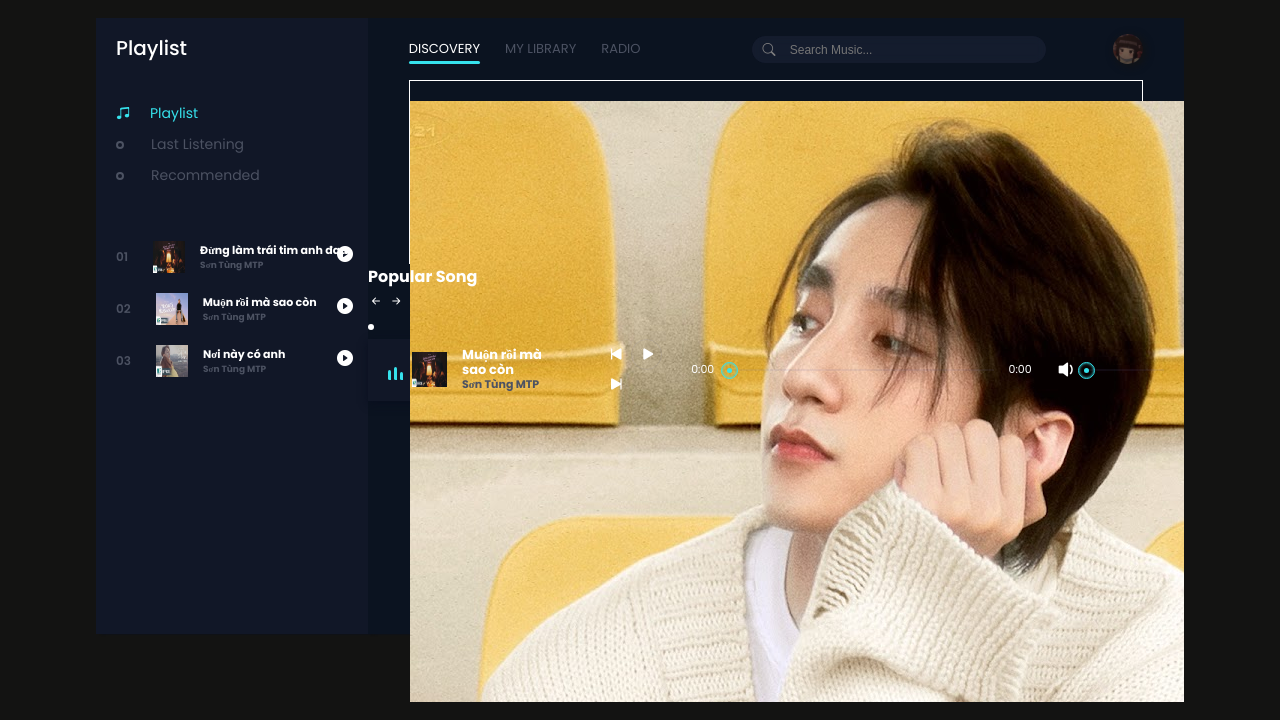
Repository: reminzuetto/Music-Website
Page: index.html
The author's editor kept a copy of each file at every save. The page is drawn from the files as they stood at one save, then again after the next save.
The browser window is 1280 px wide. The pictures show the whole page.

Above is the page before, as saved 2024-06-11 04:15:55.

### index.html
<!DOCTYPE html>
<html lang="en">
  <head>
    <meta charset="UTF-8" />
    <meta name="viewport" content="width=device-width, initial-scale=1.0" />
    <link rel="stylesheet" href="./style.css" />
    <link
      rel="stylesheet"
      href="https://cdn.jsdelivr.net/npm/bootstrap-icons@1.11.3/font/bootstrap-icons.min.css"
    />
    <title>Music Website</title>
  </head>
  <body>
    <header>
      <div class="menu_side">
        <h1>Playlist</h1>
        <div class="playlist">
          <h4 class="active">
            <span></span><i class="bi bi-music-note-beamed"></i>Playlist
          </h4>
          <h4>
            <span></span><i class="bi bi-music-note-beamed"></i>Last Listening
          </h4>
          <h4>
            <span></span><i class="bi bi-music-note-beamed"></i>Recommended
          </h4>
        </div>
        <div class="menu_song">
          <li class="songItem">
            <span>01</span>
            <img
              src="./MusicThumbnail/DungLamTraiTimAnhDau.jpg"
              alt="DungLamTraiTimAnhDau"
            />
            <h5 class="subtitle">
              Đừng làm trái tim anh đau
              <div class="subtitle">Sơn Tùng MTP</div>
            </h5>
            <i class="bi bi-play-circle-fill"></i>
          </li>
          <li class="songItem">
            <span>02</span>
            <img
              src="./MusicThumbnail/MuonRoiMaSaoCon.jpg"
              alt="MuonRoiMaSaoCon"
            />
            <h5 class="subtitle">
              Muộn rồi mà sao còn
              <div class="subtitle">Sơn Tùng MTP</div>
            </h5>
            <i class="bi bi-play-circle-fill"></i>
          </li>
          <li class="songItem">
            <span>03</span>
            <img src="./MusicThumbnail/NoiNayCoAnh.jpg" alt="NoiNayCoAnh" />
            <h5 class="subtitle">
              Nơi này có anh
              <div class="subtitle">Sơn Tùng MTP</div>
            </h5>
            <i class="bi bi-play-circle-fill"></i>
          </li>
        </div>
      </div>
      <div class="song_side">
        <nav>
          <ul>
            <li>DISCOVERY<span></span></li>
            <li>MY LIBRARY</li>
            <li>RADIO</li>
          </ul>
          <div class="search">
            <i class="bi bi-search"></i>
            <input type="text" placeholder="Search Music..." />
          </div>
          <div class="user">
            <img src="./Picture/Ava.jpg" alt="User" title="Yuuto" />
          </div>
        </nav>
        <div class="content">
          <div class="artistInfos">
            <div class="artistPicture">
              <img src="./ArtistWallPaper/MTP.jpg" alt="" />
            </div>
            <div class="artistInfo">
              <div class="verifiedArtist">
                <i class="bi bi-patch-check-fill"></i>
                <p class="text">Verified Artist</p>
              </div>
              <h1>Sơn Tùng MTP</h1>
            </div>
          </div>
          <div class="buttons">
            <button class="play"><i class="bi bi-play-circle"></i></button>
            <button class="follow">Follow</button>
          </div>
        </div>
        <div class="popular_song">
          <div class="h4">
            <h4>Popular Song</h4>
            <div class="btn_s">
              <i class="bi bi-arrow-left-short"></i>
              <i class="bi bi-arrow-right-short"></i>
            </div>
          </div>
            <div class="pop_song">
                <li class = "songItem">
                    <div class="img_play"></div>
                </li>
        </div>
      </div>

      <div class="master_play">
        <div class="wave">
          <div class="wave1"></div>
          <div class="wave1"></div>
          <div class="wave1"></div>
        </div>
        <img
          src="./MusicThumbnail/DungLamTraiTimAnhDau.jpg"
          alt="DungLamTraiTimAnhDau"
        />
        <h5 class="subtitle">
          Muộn rồi mà sao còn
          <div class="subtitle">Sơn Tùng MTP</div>
        </h5>
        <div class="icon">
          <i class="bi bi-skip-start-fill"></i>
          <i class="bi bi-play-fill"></i>
          <i class="bi bi-skip-end-fill"> </i>
        </div>
        <span class="currentStart">0:00</span>
        <div class="bar">
          <input type="range" id="seek" min="0" value="0" max="100" />
          <div class="bar2"></div>
          <div class="dot"></div>
        </div>
        <span class="currentEnd">0:00</span>

        <div class="vol">
          <i class="bi bi-volume-down-fill"></i>
          <input type="range" id="seek" min="0" value="0" max="100" />
          <div class="vol_bar"></div>
          <div class="dot"></div>
        </div>
      </div>
    </header>
    <script src="./main.js"></script>
  </body>
</html>

### style.css
@import url("https://fonts.googleapis.com/css2?family=Poppins:ital,wght@0,100;0,200;0,300;0,400;0,500;0,600;0,700;0,800;0,900;1,100;1,200;1,300;1,400;1,500;1,600;1,700;1,800;1,900&display=swap");
* {
  padding: 0%;
  margin: 0%;
  box-sizing: border-box;
}

body {
  width: 100%;
  height: 100vh;
  background-color: #131312;
  font-family: "Poppins", "sans-serif";
  display: flex;
  align-items: center;
  justify-content: center;
}

header {
  width: 85%;
  height: 95%;
  /* border: 1px solid #fff; */
  display: flex;
  flex-wrap: wrap;
  overflow: hidden;
}

header .menu_side,
.song_side {
  position: relative;
  width: 25%;
  height: 90%;
  /* border: 1px solid #fff; */
  background-color: #111727;
  box-shadow: 5px 0px 2px #090f1f;
  color: #fff;
}

header .song_side {
  width: 75%;
  background: #0b1320;
}

header .master_play {
  width: 100%;
  height: 10%;
  background: #111727;
  box-shadow: 0px 3px 8px #090f1f;
}

header .menu_side h1 {
  font-size: 20px;
  margin: 15px 0px 0px 20px;
  font-weight: 500;
}

header .menu_side .playlist {
  margin: 40px 0px 0px 20px;
}
header .menu_side .playlist h4 {
  font-size: 14px;
  font-weight: 400;
  padding-bottom: 10px;
  color: #4c5262;
  cursor: pointer;
  display: flex;
  align-items: center;
  transition: 0.3 linear;
}

header .menu_side .playlist h4:hover {
  color: #fff;
}
header .menu_side .playlist h4 span {
  position: relative;
  margin-right: 35px;
}
header .menu_side .playlist h4 span::before {
  content: "";
  position: absolute;
  width: 4px;
  height: 4px;
  border: 2px solid #4c5262;
  border-radius: 50%;
  top: -4px;
  transition: 0.3s linear;
}

header .menu_side .playlist h4:hover span::before:hover {
  border: 2px solid #fff;
}

header .menu_side .playlist h4 .bi {
  display: none;
}

header .menu_side .playlist .active {
  color: #36e2ec;
}

header .menu_side .playlist .active span {
  display: none;
}

header .menu_side .playlist .active .bi {
  display: block;
  margin-right: 20px;
}

header .menu_side .menu_song {
  width: 100%;
  height: 320px;
  /* border: 1px solid #fff; */
  margin-top: 40px;
}
header .menu_side .menu_song li {
  position: relative;
  list-style: none;
  padding: 5px 0px 5px 20px;
  margin-bottom: 10px;
  cursor: pointer;
  transition: 0.3s linear;
  display: flex;
  align-items: center;
}
header .menu_side .menu_song li:hover {
  background: rgb(105, 105, 170, 0.1);
}
header .menu_side .menu_song li span {
  font-size: 12px;
  font-weight: 600;
  color: #4c5262;
}
header .menu_side .menu_song li img {
  width: 32px;
  height: 32px;
  margin-left: 25px;
}

header .menu_side .menu_song li h5 {
  font-size: 11px;
  margin-left: 15px;
}

header .menu_side .menu_song li h5 .subtitle {
  font-size: 9px;
  color: #4c5262;
}

header .menu_side .menu_song li .bi {
  position: absolute;
  right: 15px;
  top: 6px;
}

header .master_play {
  display: flex;
  align-items: center;
  padding: 0 20px;
}

header .master_play .wave {
  width: 30px;
  height: 30px;
  padding-bottom: 5px;
  display: flex;
  align-items: flex-end;
}

header .master_play .wave .wave1 {
  width: 3px;
  height: 10px;
  margin-right: 3px;
  border-radius: 10px 10px 0 10px;
  background: #36e2ec;
  animation: unset;
}

header .master_play .wave .wave1:nth-child(2) {
  /* animation-delay: 0.4s; */
  height: 13px;
}

header .master_play .wave .wave1:nth-child(3) {
  /* animation-delay: 0.8s; */
  height: 8px;
}

/* javascript wave animation class */
header .master_play .active2 .wave1 {
  animation: wave 0.5s linear infinite;
}

header .master_play .active2 .wave1:nth-child(2) {
  animation-delay: 0.4s;
}

header .master_play .active2 .wave1:nth-child(3) {
  animation-delay: 0.8s;
}
@keyframes wave {
  0% {
    height: 10px;
  }
  50% {
    height: 15px;
  }
  100% {
    height: 10px;
  }
}

header .master_play img {
  width: 35px;
  height: 35px;
}

header .master_play h5 {
  width: 130px;
  font-size: 13px;
  margin-left: 15px;
  color: #fff;
  line-height: 15px;
}

header .master_play h5 .subtitle {
  font-size: 11px;
  color: #4c5262;
}

header .master_play .icon {
  font-size: 20px;
  color: #fff;
  margin: 0 20px 0 40px;
}

header .master_play .icon .bi {
  cursor: pointer;
  outline: none;
}

header .master_play .icon .bi:nth-child(2) {
  border: 1px solid rgb(105, 105, 170, 0.1);
  border-radius: 50%;
  padding: 1px 3px 0px 6px;
  transition: 0.3 linear;
}

header .master_play span {
  width: 32px;
  font-size: 11px;
  font-weight: 400;
  color: #fff;
}

header .master_play #currentStart {
  margin: 0 0 0 20px;
}

header .master_play .bar {
  position: relative;
  width: 43%;
  height: 2px;
  background: rgb(105, 105, 170, 0.1);
  margin: 0 15px 0 10px;
}

header .master_play .bar .bar2 {
  position: absolute;
  background: #36e2ec;
  width: 0%;
  height: 100%;
  top: 0;
}

header .master_play .bar .dot {
  position: absolute;
  width: 5px;
  height: 5px;
  background: #36e2ec;
  border-radius: 50%;
  left: 0%;
  top: -1px;
  transition: 1s linear;
}

header .master_play .bar .dot::before {
  content: "";
  position: absolute;
  width: 15px;
  height: 15px;
  border: 1px solid #36e2ec;
  border-radius: 50%;
  left: -6px;
  top: -6px;
  box-shadow: inset 0 0 3px #36e2ec;
}

header .master_play .bar input {
  position: absolute;
  width: 100%;
  top: -6px;
  left: 0;
  cursor: pointer;
  z-index: 999999;
  opacity: 0;
}

header .master_play .vol {
  position: relative;
  width: 100px;
  height: 2px;
  margin-left: 50px;
  background-color: rgb(105, 105, 170, 0.1);
}

header .master_play .vol .bi {
  position: absolute;
  color: #fff;
  font-size: 25px;
  top: -17px;
  left: -30px;
}

header .master_play .vol input {
  position: absolute;
  width: 100%;
  top: -6px;
  left: 0;
  cursor: pointer;
  z-index: 999999;
  opacity: 0;
}

header .master_play .vol .bar2 {
  position: absolute;
  background: #36e2ec;
  width: 0%;
  height: 100%;
  top: 0;
}

header .master_play .vol .dot {
  position: absolute;
  width: 5px;
  height: 5px;
  background: #36e2ec;
  border-radius: 50%;
  left: 0%;
  top: -1px;
  transition: 1s linear;
}

header .master_play .vol .dot::before {
  content: "";
  position: absolute;
  width: 15px;
  height: 15px;
  border: 1px solid #36e2ec;
  border-radius: 50%;
  left: -6px;
  top: -6px;
  box-shadow: inset 0 0 3px #36e2ec;
}

header .song_side {
  z-index: 2;
}

header .song_side nav {
  width: 90%;
  height: 10%;
  margin: auto;
  /* border: 1px solid #fff; */
  display: flex;
  align-items: center;
  justify-content: space-between;
}

header .song_side nav ul {
  display: flex;
}

header .song_side nav ul li {
  position: relative;
  list-style-type: none;
  font-size: 13px;
  color: #4c5262;
  margin-right: 25px;
  cursor: pointer;
  transition: 0.3 linear;
}

header .song_side nav ul li:hover {
  color: #fff;
}

header .song_side nav ul li:nth-child(1) {
  color: #fff;
}

header .song_side nav ul li span {
  position: absolute;
  width: 100%;
  height: 2.5px;
  background: #36e2ec;
  bottom: -5px;
  left: 0;
  border-radius: 20px;
}

header .song_side nav .search {
  position: relative;
  width: 40%;
  padding: 1px 10px;
  border-radius: 20px;
  color: gray;
}

header .song_side nav .search::before {
  content: "";
  position: absolute;
  width: 100%;
  height: 100%;
  border-radius: 20px;
  background: rgb(105, 105, 170, 0.1);
  backdrop-filter: blur(5px);
  z-index: -1;
}

header .song_side nav .search .bi {
  font-size: 13px;
  padding: 3px 0 0 10px;
}

header .song_side nav .search input {
  background: none;
  border: none;
  outline: none;
  padding: 0 10px;
  color: #fff;
  font-size: 12px;
}

header .song_side nav .user {
  position: relative;
  width: 30px;
  height: 30px;
  border-radius: 50%;
  cursor: pointer;
}

header .song_side nav .user img {
  position: absolute;
  width: 100%;
  height: 100%;
  border-radius: 50%;
  box-shadow: 2px 2px 8px #131312;
}

header .song_side .content {
  width: 90%;
  height: 30%;
  margin: auto;
  border: 1px solid #fff;
  padding-top: 20px;
}

header .song_side .content .verifiedArtist {
  display: flex;
  align-items: center;
  justify-content: flex-start;
}

header .song_side .content .verifiedArtist {
  display: flex;
  align-items: center;
  justify-content: flex-start;
}

Loaded but not shown: main.js (no copy from this time; the picture is the same without it)

After the next save:
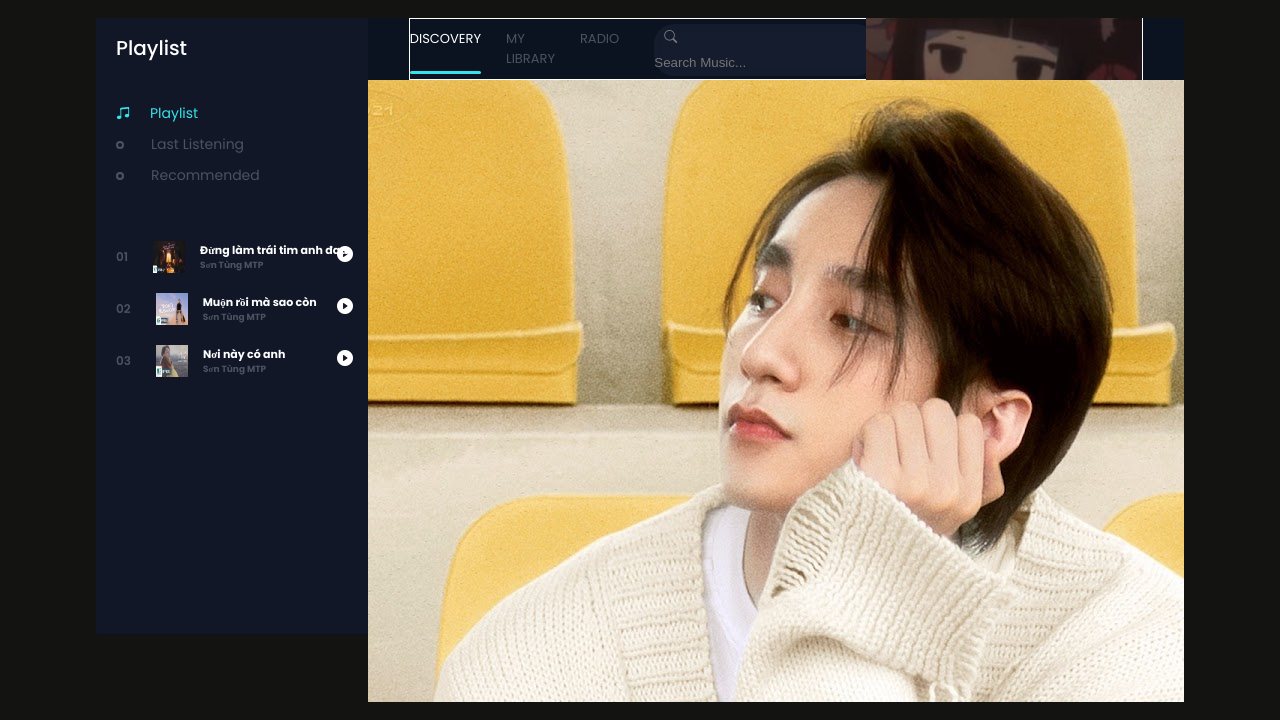
Saved 6 s later.
--- a/style.css
+++ b/style.css
@@ -370,7 +370,7 @@
   width: 90%;
   height: 10%;
   margin: auto;
-  /* border: 1px solid #fff; */
+  border: 1px solid #fff;
   display: flex;
   align-items: center;
   justify-content: space-between;
@@ -436,43 +436,5 @@
   background: none;
   border: none;
   outline: none;
-  padding: 0 10px;
-  color: #fff;
-  font-size: 12px;
-}
-
-header .song_side nav .user {
-  position: relative;
-  width: 30px;
-  height: 30px;
-  border-radius: 50%;
-  cursor: pointer;
-}
-
-header .song_side nav .user img {
-  position: absolute;
-  width: 100%;
-  height: 100%;
-  border-radius: 50%;
-  box-shadow: 2px 2px 8px #131312;
-}
-
-header .song_side .content {
-  width: 90%;
-  height: 30%;
-  margin: auto;
-  border: 1px solid #fff;
-  padding-top: 20px;
-}
-
-header .song_side .content .verifiedArtist {
-  display: flex;
-  align-items: center;
-  justify-content: flex-start;
-}
-
-header .song_side .content .verifiedArtist {
-  display: flex;
-  align-items: center;
-  justify-content: flex-start;
-}
+  padding: ;
+}

After the save that followed:
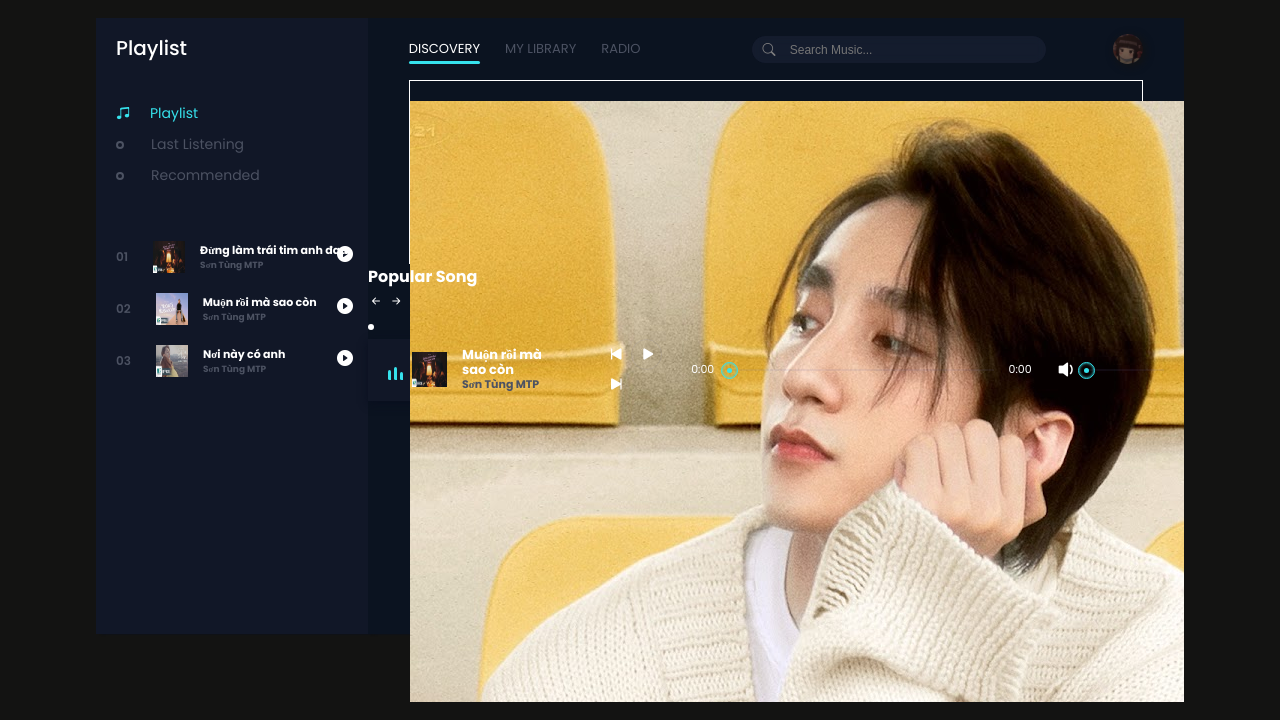
Saved 20 s later.
--- a/style.css
+++ b/style.css
@@ -370,7 +370,7 @@
   width: 90%;
   height: 10%;
   margin: auto;
-  border: 1px solid #fff;
+  /* border: 1px solid #fff; */
   display: flex;
   align-items: center;
   justify-content: space-between;
@@ -436,5 +436,85 @@
   background: none;
   border: none;
   outline: none;
-  padding: ;
-}
+  padding: 0 10px;
+  color: #fff;
+  font-size: 12px;
+}
+
+header .song_side nav .user {
+  position: relative;
+  width: 30px;
+  height: 30px;
+  border-radius: 50%;
+  cursor: pointer;
+}
+
+header .song_side nav .user img {
+  position: absolute;
+  width: 100%;
+  height: 100%;
+  border-radius: 50%;
+  box-shadow: 2px 2px 8px #131312;
+}
+
+header .song_side .content {
+  width: 90%;
+  height: 30%;
+  margin: auto;
+  border: 1px solid #fff;
+  padding-top: 20px;
+}
+
+header .song_side .content .verifiedArtist {
+  display: flex;
+  align-items: center;
+  justify-content: flex-start;
+}
+
+header .song_side .content .verifiedArtist .text {
+  padding-left: 20px;
+}
+
+header .song_side .content h1 {
+  font-size: 6rem;
+  font-weight: 900;
+}
+
+header .song_side .content .buttons {
+  position: relative;
+  margin-top: 15px;
+}
+
+header .song_side .content .buttons .play {
+  padding: 0;
+  position: absolute;
+  background: none;
+  color: #fff;
+  outline: none;
+  font-size: 40px;
+  border: none;
+}
+
+header .song_side .content .buttons .follow {
+  position: absolute;
+  width: 130px;
+  height: 30px;
+  border: 2px solid #fff;
+  outline: none;
+  border-radius: 20px;
+  background: none;
+  color: #fff;
+  left: 4rem;
+  top: 0.5rem;
+}
+
+header .song_side .content .buttons .play:hover {
+  font-size: 45px;
+  top: -0.1rem;
+  left: -0.1rem;
+}
+
+header .song_side .content .buttons .follow:hover {
+  color: #000;
+  background: #fff;
+}
